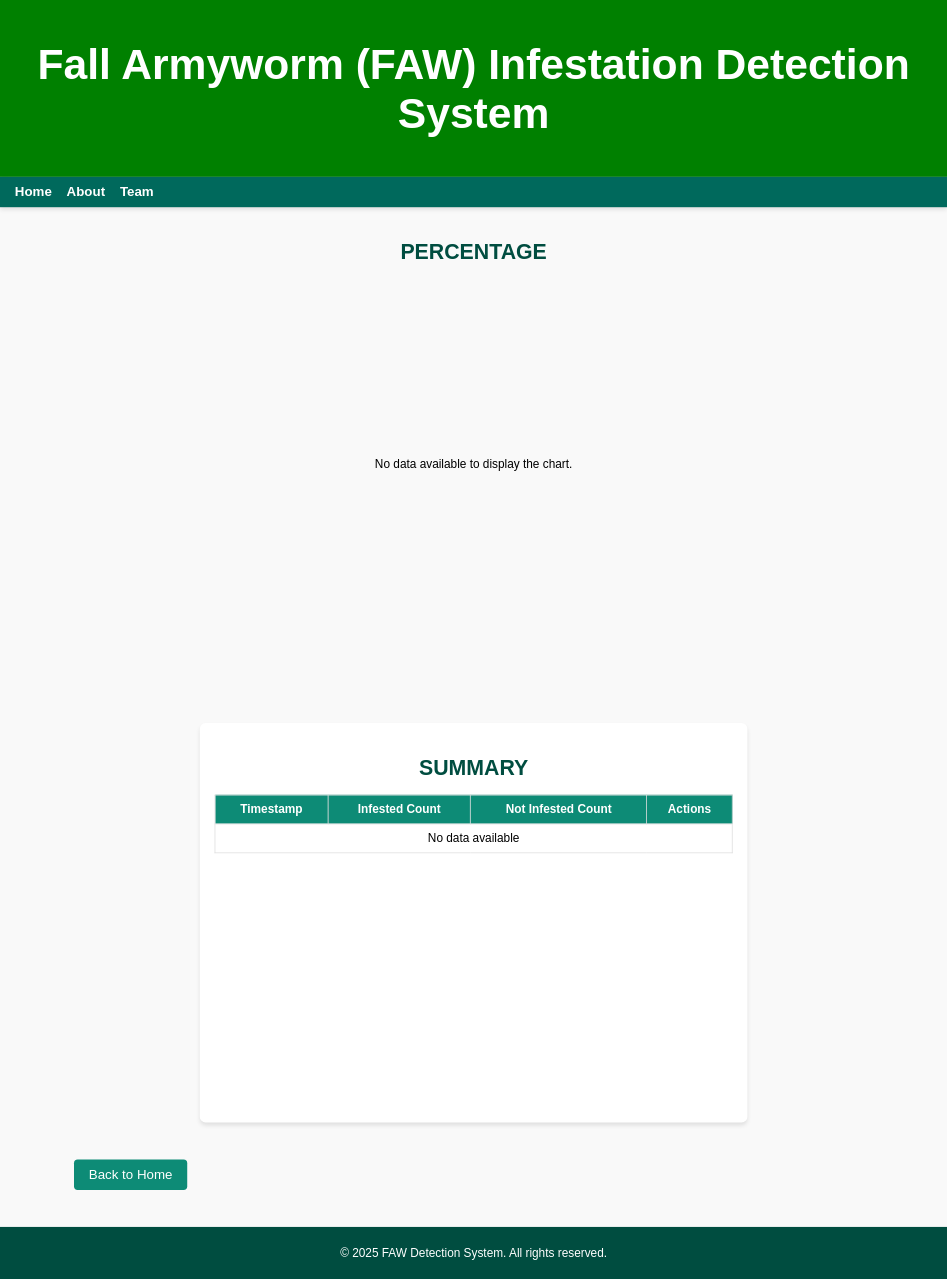
Repository: jansen223/faw-detection-main
Page: /summary
These files come from the project's save history. The page is drawn as it stood at one moment and after the next save; the edit follows.
The browser window is 1280 px wide. The pictures show the whole page, at 74% of full size.
The page's requests for data from a server got no answer. The project was rebuilt for these pictures with package versions that can differ from the ones it lists, and the page was loaded fresh each time. No one was signed in, and anything a server would have sent is missing. Also part of the build but not shown: src/pages/Home.css, src/pages/Home.js, src/pages/About.css, src/pages/About.js, src/pages/Team.css, src/pages/Team.js.

Above is the page before, as saved 2025-04-13 13:12:57.

### public/index.html
<!DOCTYPE html>
<html lang="en">
<head>
  <meta charset="utf-8" />
  <link rel="icon" href="%PUBLIC_URL%/maize_icon.jpg" />
  <meta name="viewport" content="width=device-width, initial-scale=1" />
  <meta name="theme-color" content="#000000" />
  <meta name="description" content="FAW Detection Web Interface" />
  <title>FAW Detection</title>
</head>
<body>
  <noscript>You need to enable JavaScript to run this app.</noscript>
  <div id="root"></div>
</body>
</html>

### src/App.js
import React, { useEffect, useRef } from 'react';
import { BrowserRouter as Router, Routes, Route, Link } from 'react-router-dom';
import { io } from 'socket.io-client';
import Home from './pages/Home';
import About from './pages/About';
import Team from './pages/Team';
import Summary from './pages/Summary';
import './App.css';

function App() {
  const canvasRef = useRef(null);
  const socketRef = useRef(null);
  const [counts, setCounts] = React.useState({ infested: 0, notInfested: 0 });

  useEffect(() => {
    socketRef.current = io('http://192.168.254.129:5000');

    let lastRenderTime = 0;
    socketRef.current.on('video_frame', (data) => {
      const now = Date.now();
      if (now - lastRenderTime < 100) return; // Skip frames if less than 100ms
      lastRenderTime = now;

      const img = new Image();
      img.src = `data:[embedded picture, 38 characters]

      img.onload = () => {
        const canvas = canvasRef.current;
        if (!canvas) return;
        const ctx = canvas.getContext('2d');
        canvas.width = img.width;
        canvas.height = img.height;
        ctx.drawImage(img, 0, 0);
      };
    });

    socketRef.current.on('detection_counts', (data) => {
      setCounts({
        infested: data.infested_count,
        notInfested: data.not_infested_count
      });
    });

    return () => {
      if (socketRef.current) socketRef.current.disconnect();
    };
  }, []);

  const resetCounts = async () => {
    try {
      const response = await fetch('http://192.168.254.129:5000/reset_counts', {
        method: 'POST',
      });
      const data = await response.json();
      if (data.message) {
        setCounts({ infested: 0, notInfested: 0 });
        alert(data.message);
      }
    } catch (error) {
      console.error('Error resetting counts:', error);
    }
  };

  return (
    <Router>
      <div className="App">
        <header className="App-header">
          <h1>Fall Armyworm (FAW) Infestation Detection System</h1>
        </header>
        <nav className="App-navbar">
          <ul>
            <li><Link to="/">Home</Link></li>
            <li><Link to="/about">About</Link></li>
            <li><Link to="/team">Team</Link></li>
          </ul>
        </nav>
        <Routes>
          <Route path="/" element={<Home canvasRef={canvasRef} counts={counts} resetCounts={resetCounts} />} />
          <Route path="/about" element={<About />} />
          <Route path="/team" element={<Team />} />
          <Route path="/summary" element={<Summary />} />
        </Routes>
        <footer className="App-footer">
          <p>&copy; 2025 FAW Detection System. All rights reserved.</p>
        </footer>
      </div>
    </Router>
  );
}

export default App;

### src/pages/Summary.js
import React, { useEffect, useState } from 'react';
import { Pie } from 'react-chartjs-2';
import { Chart as ChartJS, ArcElement, Tooltip } from 'chart.js';
import ChartDataLabels from 'chartjs-plugin-datalabels';
import { useNavigate } from 'react-router-dom';
import './Summary.css';

// Register Chart.js components and the plugin
ChartJS.register(ArcElement, Tooltip, ChartDataLabels);

function SummaryAndPercentages() {
  const [summaries, setSummaries] = useState([]);
  const [percentages, setPercentages] = useState({ infested: 0, notInfested: 0 });
  const navigate = useNavigate();

  useEffect(() => {
    // Fetch summaries from the backend
    fetch('http://192.168.254.129:5000/get_summaries')
      .then((response) => response.json())
      .then((data) => {
        console.log('Summaries (raw):', data); // Debugging
        const formattedSummaries = data
          .map((item) => ({
            id: item[0],
            timestamp: item[1],
            infested_count: item[2],
            not_infested_count: item[3],
          }))
          .sort((a, b) => new Date(b.timestamp) - new Date(a.timestamp)); // Sort by timestamp (latest first)
        console.log('Summaries (formatted and sorted):', formattedSummaries); // Debugging
        setSummaries(formattedSummaries);
      })
      .catch((error) => console.error('Error fetching summaries:', error));
  }, []);

  useEffect(() => {
    // Fetch percentages from the backend
    fetch('http://192.168.254.129:5000/get_percentages')
      .then((response) => response.json())
      .then((data) => {
        console.log('Percentages:', data); // Debugging
        setPercentages({
          infested: parseFloat(data.infested_percentage.toFixed(4)) || 0,
          notInfested: parseFloat(data.not_infested_percentage.toFixed(4)) || 0,
        });
      })
      .catch((error) => console.error('Error fetching percentages:', error));
  }, []);

  const handleDelete = (id) => {
    if (window.confirm('Are you sure you want to delete this summary?')) {
      fetch(`http://192.168.254.129:5000/delete_summary/${id}`, {
        method: 'DELETE',
      })
        .then((response) => response.json())
        .then((data) => {
          console.log(data.message); // Debugging
          // Remove the deleted summary from the state
          setSummaries((prevSummaries) => prevSummaries.filter((summary) => summary.id !== id));
        })
        .catch((error) => console.error('Error deleting summary:', error));
    }
  };

  // Data for the pie chart
  const data = {
    labels: ['Infested', 'Not Infested'],
    datasets: [
      {
        data: [percentages.infested || 0, percentages.notInfested || 0],
        backgroundColor: ['#ffcccb', '#c8e6c9'],
        borderColor: ['#b71c1c', '#1b5e20'],
        borderWidth: 1,
      },
    ],
  };

  // Chart options to display labels on the chart
  const options = {
    plugins: {
      legend: {
        display: false, // Disable the legend
      },
      tooltip: {
        callbacks: {
          label: (tooltipItem) => `${tooltipItem.label}: ${tooltipItem.raw}%`,
        },
      },
      datalabels: {
        color: '#000', // Label color
        font: {
          size: 14, // Font size
          weight: 'bold',
        },
        formatter: (value, context) => {
          const label = context.chart.data.labels[context.dataIndex];
          return `${label}: ${value}%`; // Format the label
        },
      },
    },
  };

  return (
    <div>
       <div className="summary-and-percentages-container">
         <div className="chart-section">
           <h2>PERCENTAGE</h2>
           <div className="chart-wrapper">
            {percentages.infested + percentages.notInfested > 0 ? (
              <Pie data={data} options={options} />
            ) : (
              <p>No data available to display the chart.</p>
            )}
           </div>
         </div>
         <div className="summary-section">
           <h2>SUMMARY</h2>
           <table className="summary-table">
             <thead>
               <tr>
                 <th>Timestamp</th>
                 <th>Infested Count</th>
                 <th>Not Infested Count</th>
                 <th>Actions</th>
               </tr>
             </thead>
             <tbody>
               {summaries.length > 0 ? (
                 summaries.map((summary) => (
                   <tr key={summary.id}>
                     <td>{summary.timestamp}</td>
                     <td>{summary.infested_count}</td>
                     <td>{summary.not_infested_count}</td>
                     <td>
                       <button
                         onClick={() => handleDelete(summary.id)}
                         className="delete-button"
                       >
                         Delete
                       </button>
                     </td>
                   </tr>
                 ))
               ) : (
                 <tr>
                   <td colSpan="4">No data available</td>
                 </tr>
               )}
             </tbody>
           </table>
         </div>
         </div>
       <button onClick={() => navigate('/')} className="back-button">
         Back to Home
       </button>
     </div>
   );
 }


export default SummaryAndPercentages;

### src/App.css
html,
body {
  margin: 0;
  padding: 0;
  font-family: 'Arial', sans-serif; /* Use a clean, modern font */
  background-color: #f9f9f9; /* Light background for better readability */
}

.App {
  display: flex;
  flex-direction: column;
  min-height: 100vh;
}

.App-header {
  background-color: green;
  color: white;
  text-align: center;
  font-size: 1.8rem;
  font-weight: bold;
  padding: 15px 0;
  box-shadow: 0 4px 6px rgba(0, 0, 0, 0.1);
}

.App-navbar {
  background-color: #00695c;
  color: white;
  padding: 10px 20px;
  display: flex;
  justify-content: space-between;
  align-items: center;
  box-shadow: 0 4px 6px rgba(0, 0, 0, 0.1);
}

.App-navbar ul {
  list-style: none;
  display: flex;
  gap: 20px;
  margin: 0;
  padding: 0;
}

.App-navbar a {
  color: white;
  text-decoration: none;
  font-weight: bold;
  font-size: 18px;
}

.App-navbar a:hover {
  text-decoration: underline;
}

.App-footer {
  background-color: #004d40;
  color: white;
  text-align: center;
  padding: 10px 0;
  margin-top: auto;
}

### src/pages/Summary.css
.summary-and-percentages-container {
  display: flex;
  flex-wrap: wrap; /* Allow wrapping for smaller screens */
  justify-content: center; /* Center content horizontally */
  align-items: flex-start;
  padding: 20px;
  gap: 100px; /* Add spacing between sections */
}

.chart-section {
  width: 100%;
  max-width: 500px; /* Limit chart width */
  text-align: center;
  display: flex;
  flex-direction: column;
  align-items: center;
  justify-content: center;
  min-height: 500px; /* Ensure enough height for the pie chart */
}

.chart-wrapper {
  width: 500px;
  height: 500px;
  display: flex;
  align-items: center;
  justify-content: center;
}

.chart-wrapper canvas {
  width: 100% !important;
  height: 100% !important;
  aspect-ratio: 1 / 1; /* Maintain aspect ratio */
}

.chart-section h2 {
  font-size: 1.8rem;
  margin-bottom: 20px;
  color: #004d40;
}

.summary-section {
  width: 100%;
  max-width: 700px; /* Limit table width */
  height: 500px;
  overflow-y: auto;
  padding: 20px;
  box-shadow: 0 4px 6px rgba(0, 0, 0, 0.1);
  background-color: #ffffff;
  border-radius: 8px;
}

.summary-section h2 {
  font-size: 1.8rem;
  margin-bottom: 20px;
  color: #004d40;
  text-align: center;
}

.summary-table {
  width: 100%;
  border-collapse: collapse;
  margin-top: 20px;
}

.summary-table th, .summary-table td {
  border: 1px solid #ddd;
  padding: 10px;
  text-align: center;
  font-size: 1rem; /* Ensure consistent font size */
}

.summary-table th {
  background-color: #0d8b76;
  color: white;
}

.summary-table tr:nth-child(even) {
  background-color: #f2f2f2;
}

.back-button {
  margin: 30px 0 50px 100px;
  padding: 10px 20px;
  background-color: #0d8b76;
  color: white;
  border: none;
  border-radius: 5px;
  cursor: pointer;
  font-size: 18px;
  transition: background-color 0.3s ease;
}

.back-button:hover {
  background-color: #004d40;
}

.delete-button {
  padding: 5px 10px;
  background-color: #d83939;
  color: white;
  border: none;
  border-radius: 3px;
  cursor: pointer;
  font-size: 0.9rem;
  transition: background-color 0.3s ease;
}

.delete-button:hover {
  background-color: #b71c1c;
}

Loaded but not shown: src/index.js (common file); src/index.css (common file); src/reportWebVitals.js (common file)

After the next save:
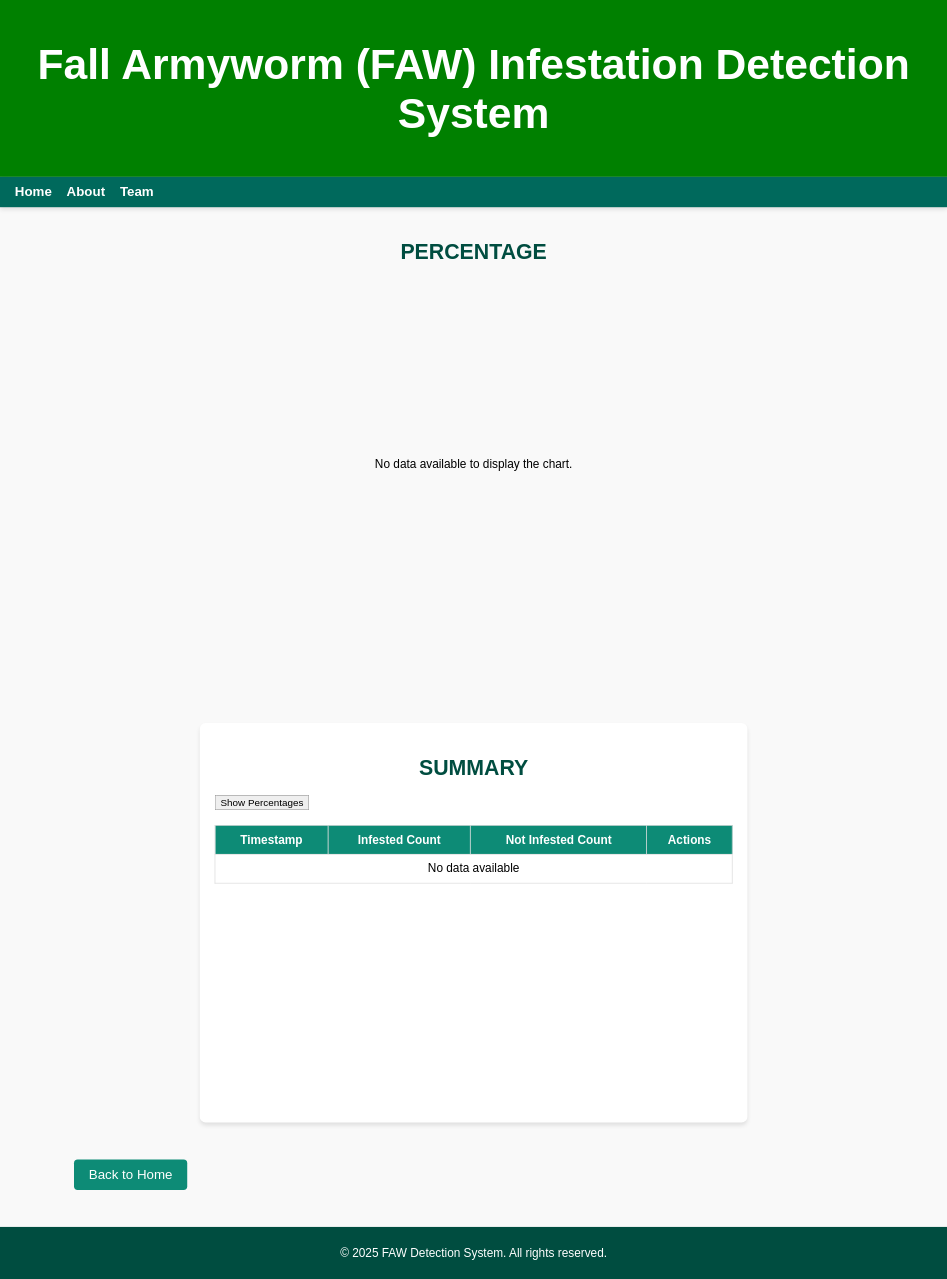
Saved 21 min 43 s later.
--- a/src/pages/Summary.js
+++ b/src/pages/Summary.js
@@ -11,6 +11,7 @@ ChartJS.register(ArcElement, Tooltip, ChartDataLabels);
 function SummaryAndPercentages() {
   const [summaries, setSummaries] = useState([]);
   const [percentages, setPercentages] = useState({ infested: 0, notInfested: 0 });
+  const [showPercentages, setShowPercentages] = useState(false);
   const navigate = useNavigate();
 
   useEffect(() => {
@@ -102,60 +103,75 @@ function SummaryAndPercentages() {
 
   return (
     <div>
-       <div className="summary-and-percentages-container">
-         <div className="chart-section">
-           <h2>PERCENTAGE</h2>
-           <div className="chart-wrapper">
+      <div className="summary-and-percentages-container">
+        <div className="chart-section">
+          <h2>PERCENTAGE</h2>
+          <div className="chart-wrapper">
             {percentages.infested + percentages.notInfested > 0 ? (
               <Pie data={data} options={options} />
             ) : (
               <p>No data available to display the chart.</p>
             )}
-           </div>
-         </div>
-         <div className="summary-section">
-           <h2>SUMMARY</h2>
-           <table className="summary-table">
-             <thead>
-               <tr>
-                 <th>Timestamp</th>
-                 <th>Infested Count</th>
-                 <th>Not Infested Count</th>
-                 <th>Actions</th>
-               </tr>
-             </thead>
-             <tbody>
-               {summaries.length > 0 ? (
-                 summaries.map((summary) => (
-                   <tr key={summary.id}>
-                     <td>{summary.timestamp}</td>
-                     <td>{summary.infested_count}</td>
-                     <td>{summary.not_infested_count}</td>
-                     <td>
-                       <button
-                         onClick={() => handleDelete(summary.id)}
-                         className="delete-button"
-                       >
-                         Delete
-                       </button>
-                     </td>
-                   </tr>
-                 ))
-               ) : (
-                 <tr>
-                   <td colSpan="4">No data available</td>
-                 </tr>
-               )}
-             </tbody>
-           </table>
-         </div>
-         </div>
-       <button onClick={() => navigate('/')} className="back-button">
-         Back to Home
-       </button>
-     </div>
-   );
- }
+          </div>
+        </div>
+        <div className="summary-section">
+          <h2>SUMMARY</h2>
+          <button
+            onClick={() => setShowPercentages((prev) => !prev)}
+            className="toggle-percentages-button"
+          >
+            {showPercentages ? 'Hide Percentages' : 'Show Percentages'}
+          </button>
+          <table className="summary-table">
+            <thead>
+              <tr>
+                <th>Timestamp</th>
+                <th>Infested Count</th>
+                <th>Not Infested Count</th>
+                {showPercentages && <th>Infested %</th>}
+                {showPercentages && <th>Not Infested %</th>}
+                <th>Actions</th>
+              </tr>
+            </thead>
+            <tbody>
+              {summaries.length > 0 ? (
+                summaries.map((summary) => {
+                  const total = summary.infested_count + summary.not_infested_count;
+                  const infestedPercentage = total > 0 ? ((summary.infested_count / total) * 100).toFixed(2) : 0;
+                  const notInfestedPercentage = total > 0 ? ((summary.not_infested_count / total) * 100).toFixed(2) : 0;
 
+                  return (
+                    <tr key={summary.id}>
+                      <td>{summary.timestamp}</td>
+                      <td>{summary.infested_count}</td>
+                      <td>{summary.not_infested_count}</td>
+                      {showPercentages && <td>{infestedPercentage}%</td>}
+                      {showPercentages && <td>{notInfestedPercentage}%</td>}
+                      <td>
+                        <button
+                          onClick={() => handleDelete(summary.id)}
+                          className="delete-button"
+                        >
+                          Delete
+                        </button>
+                      </td>
+                    </tr>
+                  );
+                })
+              ) : (
+                <tr>
+                  <td colSpan={showPercentages ? 6 : 4}>No data available</td>
+                </tr>
+              )}
+            </tbody>
+          </table>
+        </div>
+      </div>
+      <button onClick={() => navigate('/')} className="back-button">
+        Back to Home
+      </button>
+    </div>
+  );
+}
 
 export default SummaryAndPercentages;
